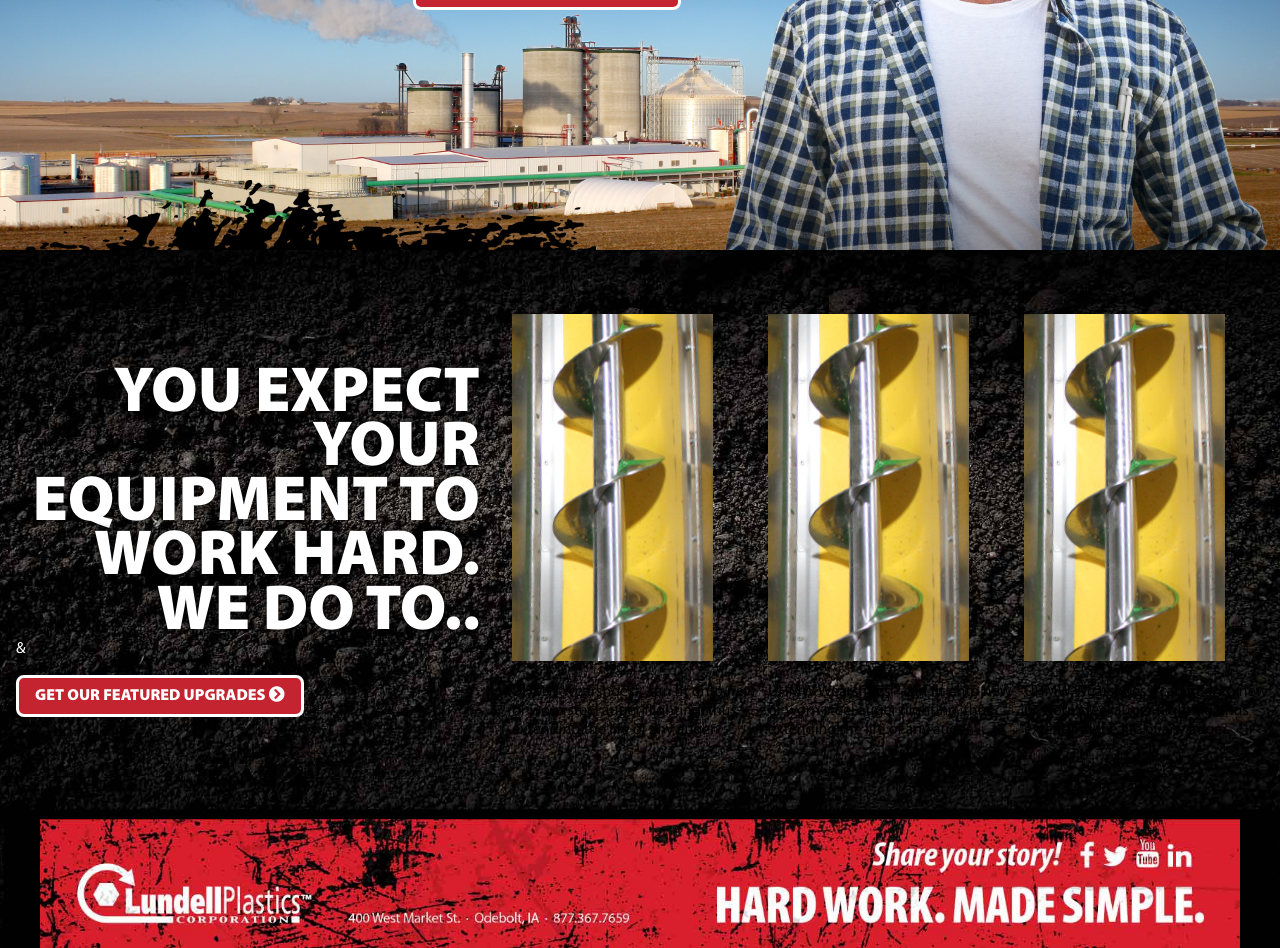
Repository: duc-bsc/lpc-hardwork-campagin-main
Page: index.html
An editor plug-in stored every save of this project. The page is shown before and after the next save, followed by the edit.
The browser window is 1280 px wide. The pictures show the part of the page from y = 1908 to 2860 px (the page is 2856 px tall before and 3019 px after).
A picture or video elsewhere on the page could not be fetched, so the positions and the page height are approximate. Some web libraries are served in a nearby version.

Above is the page before, as saved 2022-02-27 09:37:36.

After the next save:
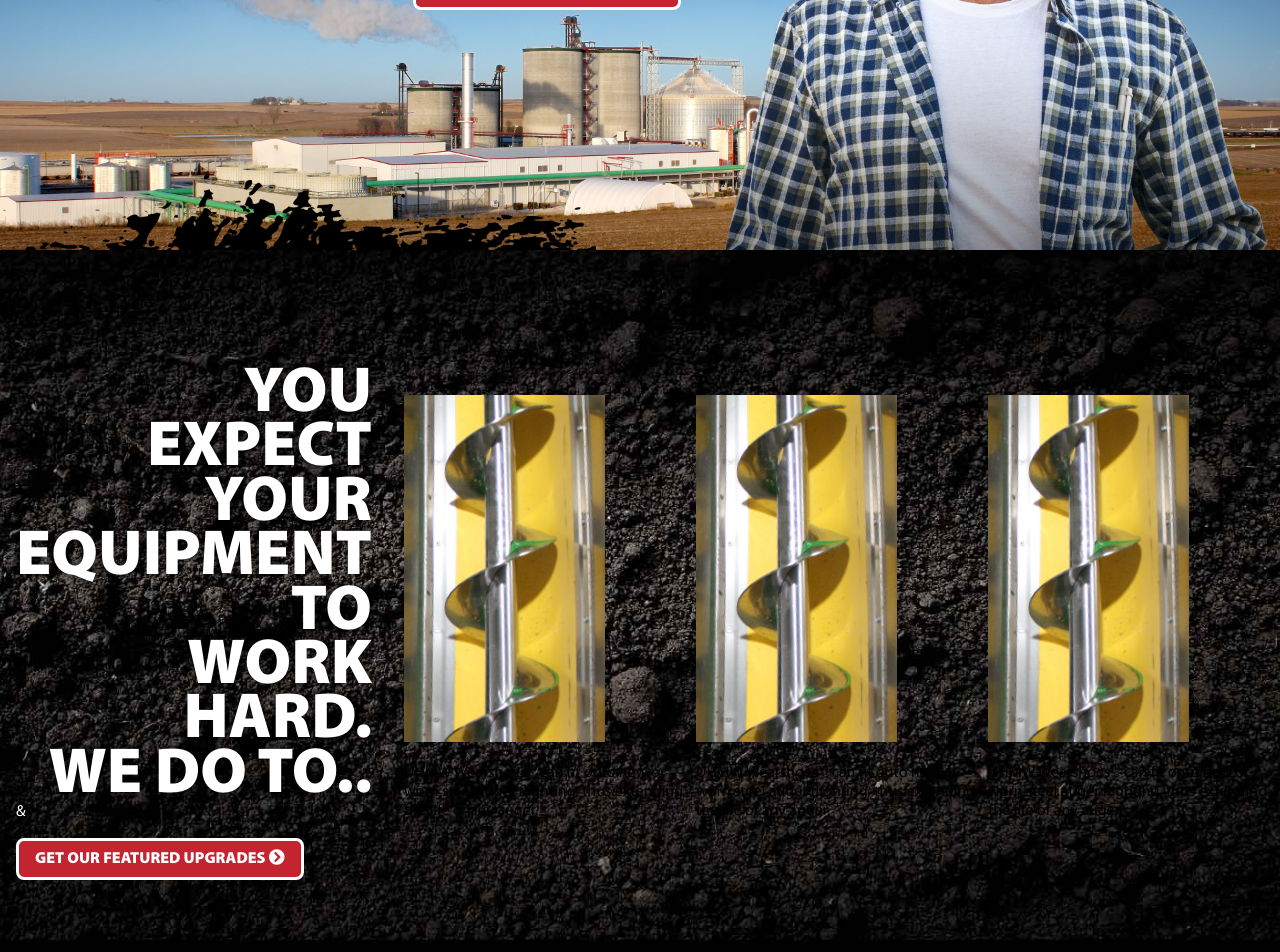
Saved 13 s later.
--- a/assets/style.css
+++ b/assets/style.css
@@ -315,6 +315,7 @@
 .footer .row >.col-left{
   width: 40%;
 }
+.footer .col
 /*== == == == ==>col right<== == == == == */
 .footer .row >.col-right{
   width: 60%;

After the 3 saves that followed:
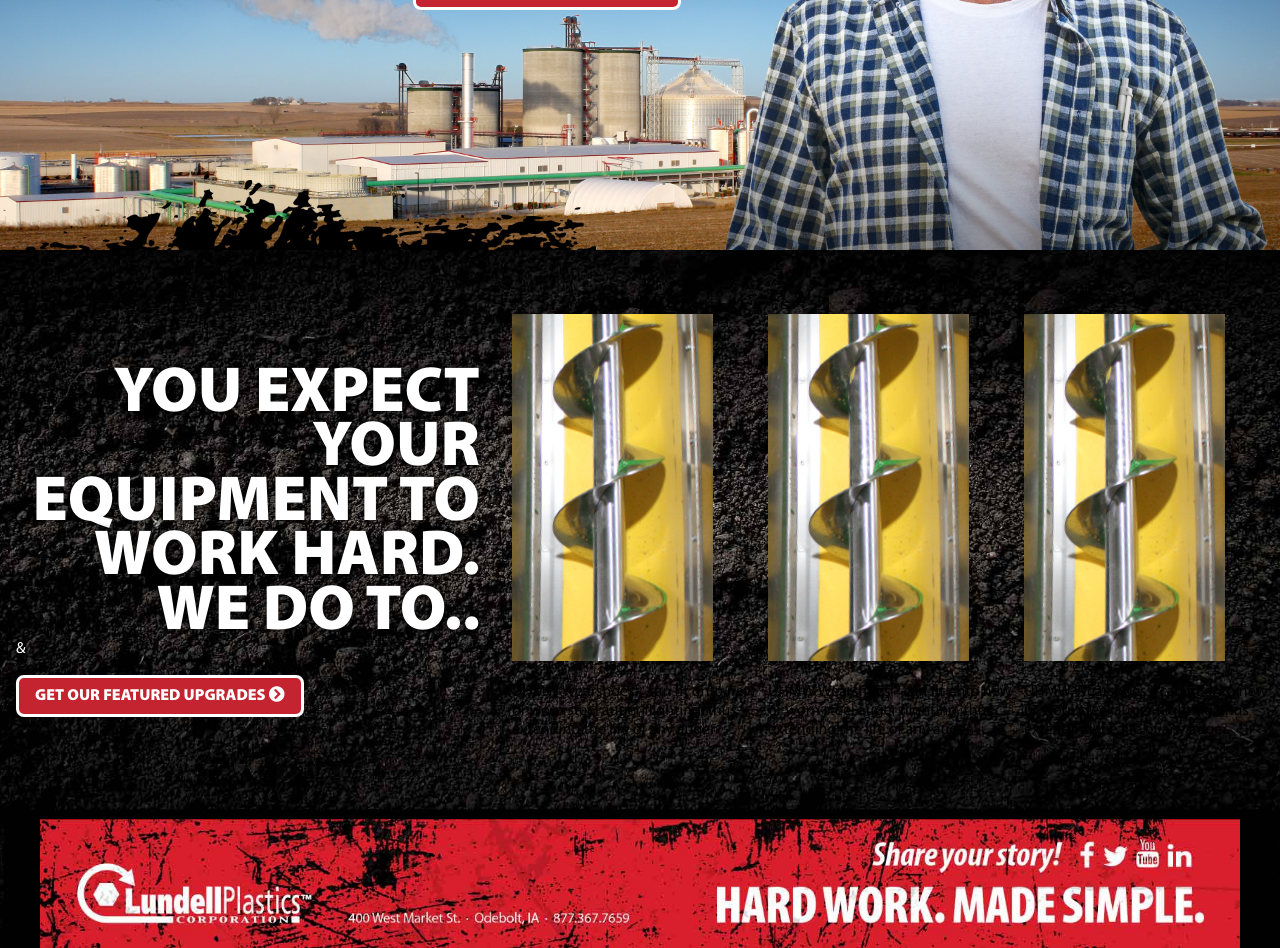
The 3 saves are shown as one change because 2 left the picture as it was.
The last was saved 11 s later.
--- a/assets/style.css
+++ b/assets/style.css
@@ -315,7 +315,9 @@
 .footer .row >.col-left{
   width: 40%;
 }
-.footer .col
+.footer .col-left .container {
+  te
+}
 /*== == == == ==>col right<== == == == == */
 .footer .row >.col-right{
   width: 60%;
